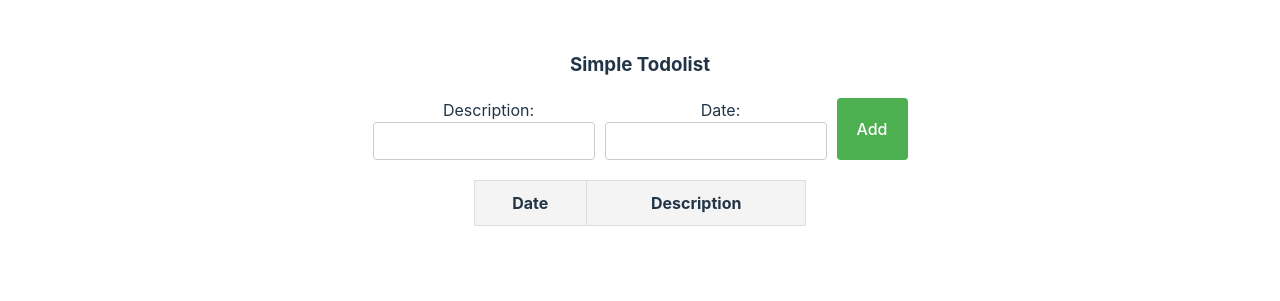
Repository: Aminul-Islam85/Todolist-with-delete
Page: /
These files come from the project's save history. The page is drawn as it stood at one moment and after the next save; the edit follows.
The browser window is 1280 px wide. The pictures show the whole page.
The project was rebuilt for these pictures with package versions that can differ from the ones it lists, and the page was loaded fresh each time. Also part of the build but not shown: vite.config.js.

Above is the page before, as saved 2024-09-16 23:21:46.

After the next save:
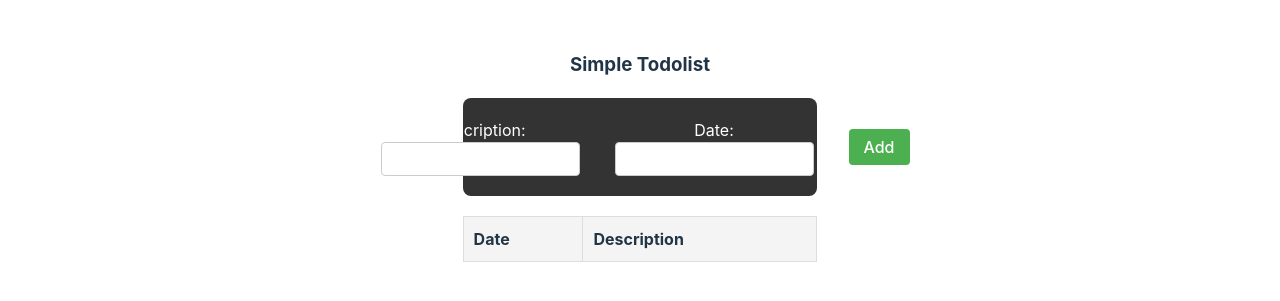
Saved 39 s later.
--- a/src/App.css
+++ b/src/App.css
@@ -51,26 +51,37 @@
 .input-group {
   display: flex;
   justify-content: center;
+  align-items: center;
   margin-bottom: 20px;
+  background-color: #333;
+  padding: 20px;
+  border-radius: 8px;
+  color: white;
+}
+
+label {
+  margin-right: 15px;
+  font-size: 16px;
 }
 
 .todo-input, .date-input {
-  padding: 10px;
+  padding: 8px;
+  margin-left: 10px;
   margin-right: 10px;
   border: 1px solid #ccc;
   border-radius: 4px;
   font-size: 14px;
-  width: 200px;
 }
 
 .add-button {
-  padding: 10px 20px;
+  padding: 8px 15px;
   background-color: #4CAF50;
   color: white;
   border: none;
   border-radius: 4px;
   cursor: pointer;
   font-size: 16px;
+  margin-left: 10px;
 }
 
 .add-button:hover {
@@ -86,6 +97,7 @@
 .todo-table th, .todo-table td {
   border: 1px solid #ddd;
   padding: 10px;
+  text-align: left;
 }
 
 .todo-table th {
